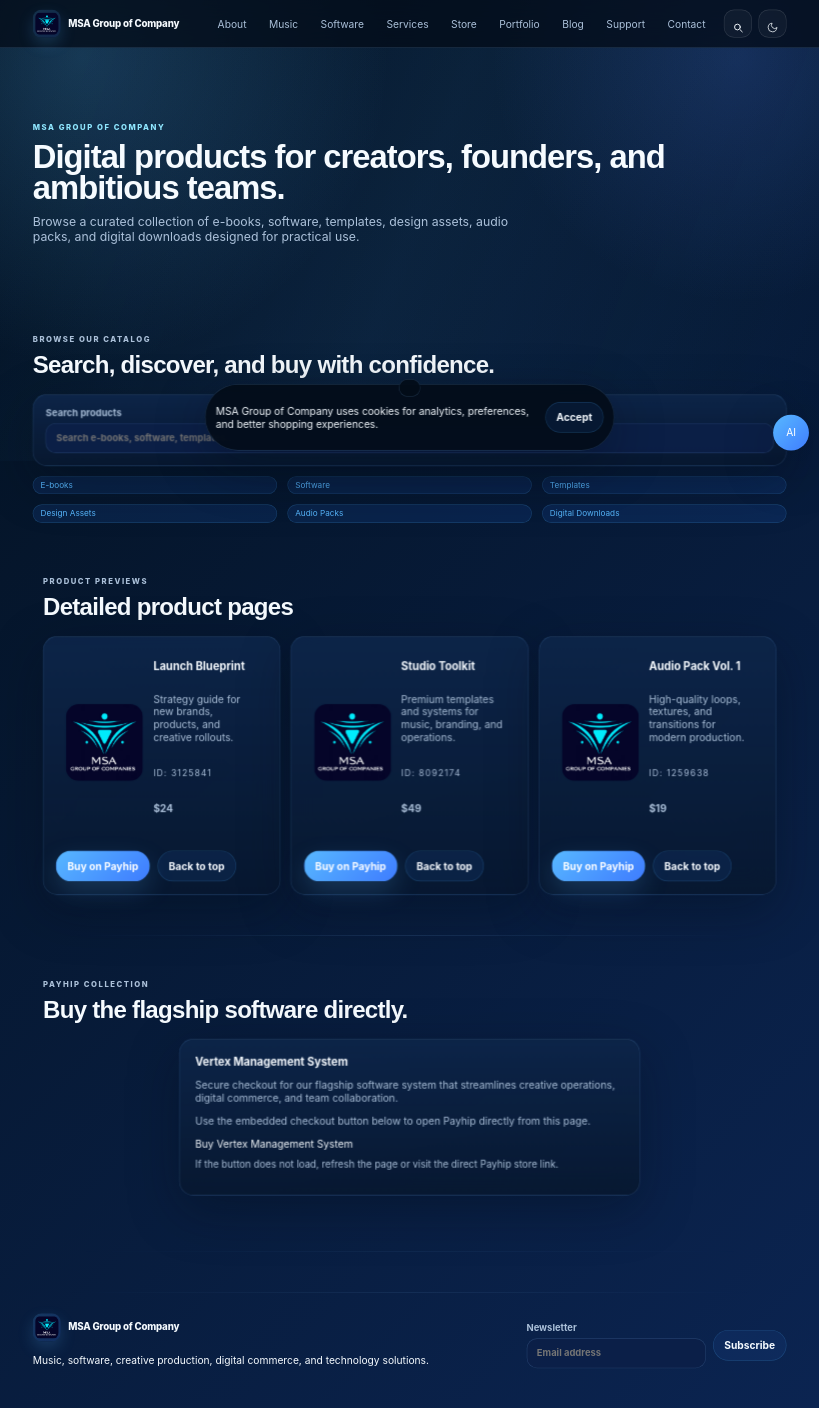
Repository: wifiasert/MSA-Group-of-Company
Page: store/index.html
These files come from the project's save history. The page is drawn as it stood at one moment and after the next save; the edit follows.
The browser window is 1280 px wide. The pictures show the whole page, at 64% of full size.

Above is the page before, as saved 2026-07-18 05:25:54.

### store/index.html
<!doctype html>
<html lang="en">
<head>
  <meta charset="utf-8">
  <meta name="viewport" content="width=device-width, initial-scale=1">
  <title>MSA Group of Company | Digital Store</title>
  <meta name="robots" content="index, follow">
  <meta name="keywords" content="software company, digital agency, AI solutions, web development, mobile app development, automation, branding, music production, Ghana software company, global software company">
  <link rel="canonical" href="https://msagroupofcompanies.online/store/">
  <link rel="shortlink" href="https://msagroupofcompanies.online/store/">
  <meta property="og:locale" content="en_US">
  <meta property="og:site_name" content="MSA Group of Company">
  <meta property="og:type" content="website">
  <meta property="og:title" content="MSA Group of Company | Digital Store">
  <meta property="og:description" content="Shop digital products, templates, software, audio packs, and premium downloads from MSA Group of Company.">
  <meta property="og:url" content="https://msagroupofcompanies.online/store/">
  <meta property="og:image" content="https://msagroupofcompanies.online/assets/og-preview.svg">
  <meta property="og:image:alt" content="MSA Group of Company digital services and creative technology">
  <meta name="twitter:card" content="summary_large_image">
  <meta name="twitter:title" content="MSA Group of Company | Digital Store">
  <meta name="twitter:description" content="Shop digital products, templates, software, audio packs, and premium downloads from MSA Group of Company.">
  <meta name="twitter:image" content="https://msagroupofcompanies.online/assets/og-preview.svg">
  <meta name="author" content="MSA Group of Company">
  <meta name="publisher" content="MSA Group of Company">
  <link rel="apple-touch-icon" href="https://msagroupofcompanies.online/assets/favicon.svg">
  <link rel="manifest" href="../manifest.webmanifest">

  <meta name="description" content="Shop digital products, templates, software, audio packs, and premium downloads from MSA Group of Company.">
  <meta name="theme-color" content="#060816">
  <link rel="icon" href="../assets/favicon.svg" type="image/svg+xml">
  <link rel="stylesheet" href="../styles.css">
  <script type="text/javascript" src="https://payhip.com/payhip.js"></script>
  <script type="application/ld+json">
{
  "@context": "https://schema.org",
  "@graph": [
    {
      "@type": [
        "Organization",
        "ProfessionalService",
        "LocalBusiness"
      ],
      "@id": "https://msagroupofcompanies.online/#organization",
      "name": "MSA Group of Company",
      "url": "https://msagroupofcompanies.online/",
      "logo": "https://msagroupofcompanies.online/assets/favicon.svg",
      "sameAs": [
        "https://www.linkedin.com/",
        "https://www.instagram.com/",
        "https://www.youtube.com/",
        "https://www.tiktok.com/",
        "https://twitter.com/"
      ],
      "description": "MSA Group of Company delivers music, software, creative production, branding, and technology solutions for artists, startups, and businesses worldwide.",
      "contactPoint": [
        {
          "@type": "ContactPoint",
          "contactType": "customer support",
          "email": "hello@msa.company",
          "areaServed": [
            "GH",
            "US",
            "GB",
            "CA"
          ],
          "availableLanguage": [
            "English"
          ]
        }
      ],
      "address": {
        "@type": "PostalAddress",
        "addressCountry": "GH",
        "addressLocality": "Accra",
        "addressRegion": "Greater Accra"
      }
    },
    {
      "@type": "WebSite",
      "@id": "https://msagroupofcompanies.online/#website",
      "url": "https://msagroupofcompanies.online/",
      "name": "MSA Group of Company",
      "publisher": {
        "@id": "https://msagroupofcompanies.online/#organization"
      }
    },
    {
      "@type": "WebPage",
      "@id": "https://msagroupofcompanies.online/store/#webpage",
      "url": "https://msagroupofcompanies.online/store/",
      "name": "MSA Group of Company | Digital Store",
      "description": "Shop digital products, templates, software, audio packs, and premium downloads from MSA Group of Company.",
      "inLanguage": "en",
      "isPartOf": {
        "@id": "https://msagroupofcompanies.online/#website"
      },
      "breadcrumb": {
        "@id": "https://msagroupofcompanies.online/store/#breadcrumb"
      }
    },
    {
      "@type": "BreadcrumbList",
      "@id": "https://msagroupofcompanies.online/store/#breadcrumb",
      "itemListElement": [
        {
          "@type": "ListItem",
          "position": 1,
          "name": "Home",
          "item": "https://msagroupofcompanies.online/"
        },
        {
          "@type": "ListItem",
          "position": 2,
          "name": "Store",
          "item": "https://msagroupofcompanies.online/store"
        }
      ]
    },
    {
      "@type": "OfferCatalog",
      "name": "MSA Group of Company services",
      "itemListElement": [
        {
          "@type": "OfferCatalog",
          "name": "Website Development",
          "itemListElement": [
            {
              "@type": "Offer",
              "itemOffered": {
                "@type": "Service",
                "name": "Website Development"
              }
            }
          ]
        },
        {
          "@type": "OfferCatalog",
          "name": "Brand Identity",
          "itemListElement": [
            {
              "@type": "Offer",
              "itemOffered": {
                "@type": "Service",
                "name": "Brand Identity"
              }
            }
          ]
        },
        {
          "@type": "OfferCatalog",
          "name": "Music Production",
          "itemListElement": [
            {
              "@type": "Offer",
              "itemOffered": {
                "@type": "Service",
                "name": "Music Production"
              }
            }
          ]
        },
        {
          "@type": "OfferCatalog",
          "name": "Software Development",
          "itemListElement": [
            {
              "@type": "Offer",
              "itemOffered": {
                "@type": "Service",
                "name": "Software Development"
              }
            }
          ]
        },
        {
          "@type": "OfferCatalog",
          "name": "Digital Marketing",
          "itemListElement": [
            {
              "@type": "Offer",
              "itemOffered": {
                "@type": "Service",
                "name": "Digital Marketing"
              }
            }
          ]
        },
        {
          "@type": "OfferCatalog",
          "name": "Technology Solutions",
          "itemListElement": [
            {
              "@type": "Offer",
              "itemOffered": {
                "@type": "Service",
                "name": "Technology Solutions"
              }
            }
          ]
        },
        {
          "@type": "OfferCatalog",
          "name": "Music Distribution",
          "itemListElement": [
            {
              "@type": "Offer",
              "itemOffered": {
                "@type": "Service",
                "name": "Music Distribution"
              }
            }
          ]
        },
        {
          "@type": "OfferCatalog",
          "name": "Publishing Services",
          "itemListElement": [
            {
              "@type": "Offer",
              "itemOffered": {
                "@type": "Service",
                "name": "Publishing Services"
              }
            }
          ]
        },
        {
          "@type": "OfferCatalog",
          "name": "Artist Services",
          "itemListElement": [
            {
              "@type": "Offer",
              "itemOffered": {
                "@type": "Service",
                "name": "Artist Services"
              }
            }
          ]
        },
        {
          "@type": "OfferCatalog",
          "name": "Record Label Services",
          "itemListElement": [
            {
              "@type": "Offer",
              "itemOffered": {
                "@type": "Service",
                "name": "Record Label Services"
              }
            }
          ]
        },

        {
          "@type": "OfferCatalog",
          "name": "App Development",
          "itemListElement": [
            {
              "@type": "Offer",
              "itemOffered": {
                "@type": "Service",
                "name": "App Development"
              }
            }
          ]
        },
        {
          "@type": "OfferCatalog",
          "name": "Business Automation",
          "itemListElement": [
            {
              "@type": "Offer",
              "itemOffered": {
                "@type": "Service",
                "name": "Business Automation"
              }
            }
          ]
        }
      ]
    }
  ]
}
  </script>
</head>
<body>
  <div class="loader" id="loader"><span>MSA</span></div>
  <a class="skip-link" href="#main">Skip to content</a>
  <header class="site-header">
    <nav class="nav-shell" aria-label="Primary navigation">
      <a class="brand" href="../" aria-label="MSA Group of Company home"><img class="brand-logo" src="../images/logo%20n%20copy.jpg" alt="MSA Group of Company logo"><span class="brand-text">MSA Group of Company</span></a>
      <button class="icon-button nav-toggle" type="button" aria-label="Open navigation" aria-expanded="false">☰</button>
      <div class="nav-links" id="navLinks">
        <div class="nav-item"><a href="../about/">About</a></div>
        <div class="nav-item"><a href="../music/">Music</a><div class="submenu"><a href="../music/record-label/">Record Label</a><a href="../music/distribution/">Distribution</a><a href="../music/publishing/">Publishing</a><a href="../music/artist-services/">Artist Services</a></div></div>
        <div class="nav-item"><a href="../software/">Software</a><div class="submenu"><a href="../software/available/">Available</a><a href="../software/coming-soon/">Coming Soon</a></div></div>
        <div class="nav-item"><a href="../services/">Services</a></div>
        <div class="nav-item"><a href="../store/">Store</a></div>
        <div class="nav-item"><a href="../portfolio/">Portfolio</a></div>
        <div class="nav-item"><a href="../blog/">Blog</a></div>
        <div class="nav-item"><a href="../support/">Support</a></div>
        <div class="nav-item"><a href="../contact/">Contact</a></div>
      </div>
      <div class="nav-actions"><button class="icon-button" id="searchOpen" type="button" aria-label="Open search">⌕</button><button class="icon-button" id="themeToggle" type="button" aria-label="Toggle theme">◐</button></div>
    </nav>
  </header>
  <main id="main">
    <section class="page-hero reveal">
      <div class="hero-content">
        <p class="eyebrow">MSA Group of Company</p>
        <h1>Digital products for creators, founders, and ambitious teams.</h1>
        <p class="hero-copy">Browse a curated collection of e-books, software, templates, design assets, audio packs, and digital downloads designed for practical use.</p>
      </div>
    </section>
    <section class="section reveal">
      <div class="section-heading">
        <p class="eyebrow">Browse our catalog</p>
        <h2>Search, discover, and buy with confidence.</h2>
      </div>
      <div class="glass-card section-panel">
        <div class="form-grid">
          <label class="full">Search products<input placeholder="Search e-books, software, templates..." /></label>
        </div>
      </div>
      <div class="card-grid section-panel">
        <span class="chip">E-books</span><span class="chip">Software</span><span class="chip">Templates</span><span class="chip">Design Assets</span><span class="chip">Audio Packs</span><span class="chip">Digital Downloads</span>
      </div>
    <section class="section reveal">
      <div class="section-heading"><p class="eyebrow">Product previews</p><h2>Detailed product pages</h2></div>
      <div class="card-grid">
        <article class="glass-card" id="product-3125841">
          <div class="product-link">
            <div class="product-image"><img loading="lazy" src="../images/logo%20n%20copy.jpg" alt="Launch Blueprint preview"></div>
            <div class="product-copy"><h3>Launch Blueprint</h3><p>Strategy guide for new brands, products, and creative rollouts.</p><p class="product-code">ID: 3125841</p><p><strong>$24</strong></p></div>
          </div>
          <div class="hero-actions"><a class="primary-button" href="https://payhip.com/b/5Ug1p" target="_blank" rel="noopener">Buy on Payhip</a><a class="secondary-button" href="#main">Back to top</a></div>
        </article>
        <article class="glass-card" id="product-8092174">
          <div class="product-link">
            <div class="product-image"><img loading="lazy" src="../images/logo%20n%20copy.jpg" alt="Studio Toolkit preview"></div>
            <div class="product-copy"><h3>Studio Toolkit</h3><p>Premium templates and systems for music, branding, and operations.</p><p class="product-code">ID: 8092174</p><p><strong>$49</strong></p></div>
          </div>
          <div class="hero-actions"><a class="primary-button" href="https://payhip.com/b/noxdg" target="_blank" rel="noopener">Buy on Payhip</a><a class="secondary-button" href="#main">Back to top</a></div>
        </article>
        <article class="glass-card" id="product-1259638">
          <div class="product-link">
            <div class="product-image"><img loading="lazy" src="../images/logo%20n%20copy.jpg" alt="Audio Pack Vol. 1 preview"></div>
            <div class="product-copy"><h3>Audio Pack Vol. 1</h3><p>High-quality loops, textures, and transitions for modern production.</p><p class="product-code">ID: 1259638</p><p><strong>$19</strong></p></div>
          </div>
          <div class="hero-actions"><a class="primary-button" href="https://payhip.com/b/YL2QW" target="_blank" rel="noopener">Buy on Payhip</a><a class="secondary-button" href="#main">Back to top</a></div>
        </article>
      </div>
    </section>
    <section class="section reveal" id="payhip-collection">
      <div class="section-heading"><p class="eyebrow">Payhip collection</p><h2>Buy the flagship software directly.</h2></div>
      <div class="glass-card callout-panel">
        <h3>Vertex Management System</h3>
        <p>Secure checkout for our flagship software system that streamlines creative operations, digital commerce, and team collaboration.</p>
        <p>Use the embedded checkout button below to open Payhip directly from this page.</p>
        <a class="payhip-buy-button" href="https://payhip.com/b/Zy86V" data-theme="green" data-product="Zy86V" aria-label="Buy Vertex Management System on Payhip">Buy Vertex Management System</a>
        <p class="subtle-copy">If the button does not load, refresh the page or visit the direct Payhip store link.</p>
      </div>
    </section>
  </main>
  <footer class="site-footer"><div><a class="brand" href="../" aria-label="MSA Group of Company home"><img class="brand-logo" src="../images/logo%20n%20copy.jpg" alt="MSA Group of Company logo"><span class="brand-text">MSA Group of Company</span></a><p>Music, software, creative production, digital commerce, and technology solutions.</p></div><form class="newsletter" data-form="newsletter"><label>Newsletter<input required type="email" placeholder="Email address"></label><button class="secondary-button" type="submit">Subscribe</button></form></footer>
  <dialog class="modal" id="searchModal"><button class="icon-button close-modal" data-close type="button">×</button><h2>Search MSA Group of Company</h2><input id="siteSearch" placeholder="Search services, products, support, blog..."><div id="searchResults" class="search-results"></div></dialog>
  <div class="chatbot" id="chatbot"><button class="chat-toggle" id="chatToggle" type="button">AI</button><div class="chat-window" aria-live="polite"><strong>MSA AI Support</strong><div id="chatLog"><p>Ask about software, music submissions, orders, or services.</p></div><form id="chatForm"><input id="chatInput" placeholder="Type a question..."><button type="submit">Send</button></form></div></div>
  <div class="cookie" id="cookieBanner"><p>MSA Group of Company uses cookies for analytics, preferences, and better shopping experiences.</p><button class="secondary-button" id="cookieAccept" type="button">Accept</button></div>
  <div class="toast" id="toast" role="status" aria-live="polite"></div>
  <script src="../app.js"></script>
</body>
</html>

Loaded but not shown: app.js (337 lines, source omitted); styles.css (433 lines, source omitted)

After the next save:
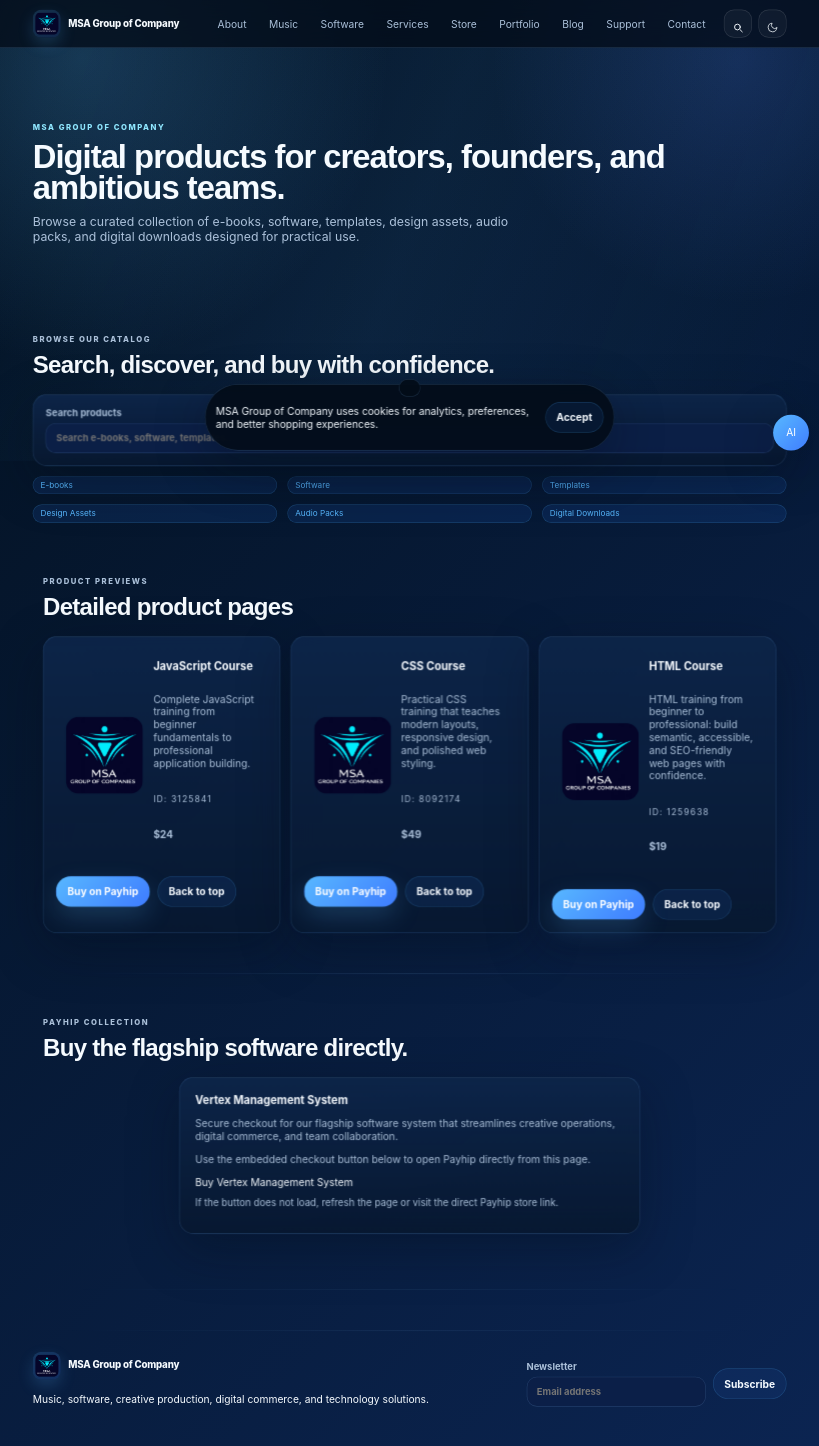
Saved 5 min 44 s later.
--- a/store/index.html
+++ b/store/index.html
@@ -5,27 +5,27 @@
   <meta name="viewport" content="width=device-width, initial-scale=1">
   <title>MSA Group of Company | Digital Store</title>
   <meta name="robots" content="index, follow">
-  <meta name="keywords" content="software company, digital agency, AI solutions, web development, mobile app development, automation, branding, music production, Ghana software company, global software company">
+  <meta name="keywords" content="JavaScript course, CSS course, HTML course, software company, digital agency, AI solutions, web development, branding, music production, creative technology">
   <link rel="canonical" href="https://msagroupofcompanies.online/store/">
   <link rel="shortlink" href="https://msagroupofcompanies.online/store/">
   <meta property="og:locale" content="en_US">
   <meta property="og:site_name" content="MSA Group of Company">
   <meta property="og:type" content="website">
   <meta property="og:title" content="MSA Group of Company | Digital Store">
-  <meta property="og:description" content="Shop digital products, templates, software, audio packs, and premium downloads from MSA Group of Company.">
+  <meta property="og:description" content="Shop digital courses, software, templates, and premium downloads from MSA Group of Company.">
   <meta property="og:url" content="https://msagroupofcompanies.online/store/">
-  <meta property="og:image" content="https://msagroupofcompanies.online/assets/og-preview.svg">
-  <meta property="og:image:alt" content="MSA Group of Company digital services and creative technology">
+  <meta property="og:image" content="https://msagroupofcompanies.online/assets/og-preview.png">
+  <meta property="og:image:alt" content="MSA Group of Company digital courses, software, and creative technology">
   <meta name="twitter:card" content="summary_large_image">
   <meta name="twitter:title" content="MSA Group of Company | Digital Store">
-  <meta name="twitter:description" content="Shop digital products, templates, software, audio packs, and premium downloads from MSA Group of Company.">
-  <meta name="twitter:image" content="https://msagroupofcompanies.online/assets/og-preview.svg">
+  <meta name="twitter:description" content="Shop digital courses, software, templates, and premium downloads from MSA Group of Company.">
+  <meta name="twitter:image" content="https://msagroupofcompanies.online/assets/og-preview.png">
   <meta name="author" content="MSA Group of Company">
   <meta name="publisher" content="MSA Group of Company">
   <link rel="apple-touch-icon" href="https://msagroupofcompanies.online/assets/favicon.svg">
   <link rel="manifest" href="../manifest.webmanifest">
 
-  <meta name="description" content="Shop digital products, templates, software, audio packs, and premium downloads from MSA Group of Company.">
+  <meta name="description" content="Shop digital courses, software, templates, and premium downloads from MSA Group of Company.">
   <meta name="theme-color" content="#060816">
   <link rel="icon" href="../assets/favicon.svg" type="image/svg+xml">
   <link rel="stylesheet" href="../styles.css">
@@ -330,22 +330,22 @@
       <div class="card-grid">
         <article class="glass-card" id="product-3125841">
           <div class="product-link">
-            <div class="product-image"><img loading="lazy" src="../images/logo%20n%20copy.jpg" alt="Launch Blueprint preview"></div>
-            <div class="product-copy"><h3>Launch Blueprint</h3><p>Strategy guide for new brands, products, and creative rollouts.</p><p class="product-code">ID: 3125841</p><p><strong>$24</strong></p></div>
+            <div class="product-image"><img loading="lazy" src="../images/logo%20n%20copy.jpg" alt="JavaScript Course preview"></div>
+            <div class="product-copy"><h3>JavaScript Course</h3><p>Complete JavaScript training from beginner fundamentals to professional application building.</p><p class="product-code">ID: 3125841</p><p><strong>$24</strong></p></div>
           </div>
           <div class="hero-actions"><a class="primary-button" href="https://payhip.com/b/5Ug1p" target="_blank" rel="noopener">Buy on Payhip</a><a class="secondary-button" href="#main">Back to top</a></div>
         </article>
         <article class="glass-card" id="product-8092174">
           <div class="product-link">
-            <div class="product-image"><img loading="lazy" src="../images/logo%20n%20copy.jpg" alt="Studio Toolkit preview"></div>
-            <div class="product-copy"><h3>Studio Toolkit</h3><p>Premium templates and systems for music, branding, and operations.</p><p class="product-code">ID: 8092174</p><p><strong>$49</strong></p></div>
+            <div class="product-image"><img loading="lazy" src="../images/logo%20n%20copy.jpg" alt="CSS Course preview"></div>
+            <div class="product-copy"><h3>CSS Course</h3><p>Practical CSS training that teaches modern layouts, responsive design, and polished web styling.</p><p class="product-code">ID: 8092174</p><p><strong>$49</strong></p></div>
           </div>
           <div class="hero-actions"><a class="primary-button" href="https://payhip.com/b/noxdg" target="_blank" rel="noopener">Buy on Payhip</a><a class="secondary-button" href="#main">Back to top</a></div>
         </article>
         <article class="glass-card" id="product-1259638">
           <div class="product-link">
-            <div class="product-image"><img loading="lazy" src="../images/logo%20n%20copy.jpg" alt="Audio Pack Vol. 1 preview"></div>
-            <div class="product-copy"><h3>Audio Pack Vol. 1</h3><p>High-quality loops, textures, and transitions for modern production.</p><p class="product-code">ID: 1259638</p><p><strong>$19</strong></p></div>
+            <div class="product-image"><img loading="lazy" src="../images/logo%20n%20copy.jpg" alt="HTML Course preview"></div>
+            <div class="product-copy"><h3>HTML Course</h3><p>HTML training from beginner to professional: build semantic, accessible, and SEO-friendly web pages with confidence.</p><p class="product-code">ID: 1259638</p><p><strong>$19</strong></p></div>
           </div>
           <div class="hero-actions"><a class="primary-button" href="https://payhip.com/b/YL2QW" target="_blank" rel="noopener">Buy on Payhip</a><a class="secondary-button" href="#main">Back to top</a></div>
         </article>
